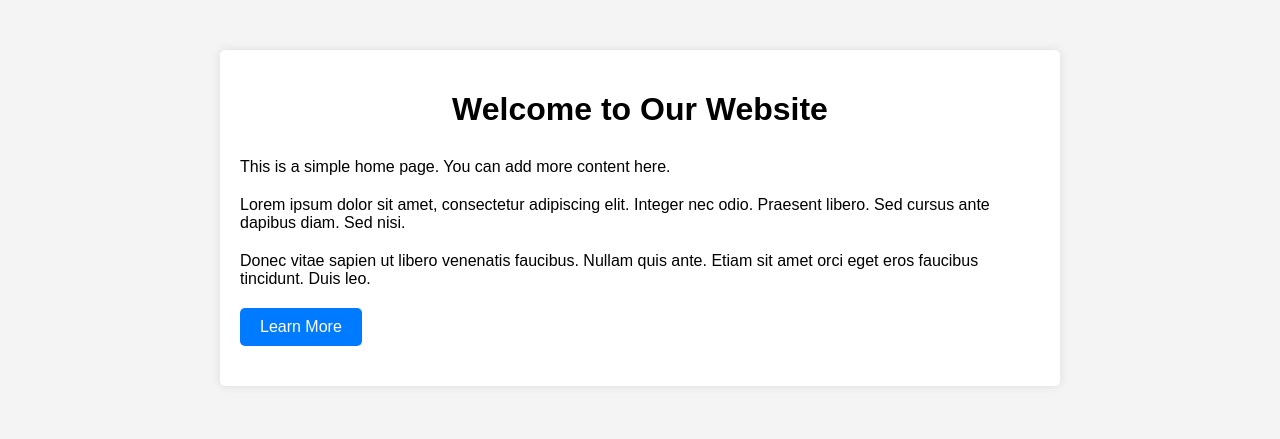
Repository: iDevVikram/login-signup-authentication-using-servlet
Page: signin-signup-demo/WebContent/Home.html
These files come from the project's save history. The page is drawn as it stood at one moment and after the next save; the edit follows.
The browser window is 1280 px wide. The pictures show the whole page.

Above is the page before, as saved 2024-03-04 18:00:09.

### signin-signup-demo/WebContent/Home.html
<!DOCTYPE html>
<html lang="en">
<head>
<meta charset="UTF-8">
<meta name="viewport" content="width=device-width, initial-scale=1.0">
<title>Home Page</title>
<link href="CSS/style.css" rel="stylesheet" type="text/css">
<style>
    .container {
        max-width: 800px;}
</style>

</head>
<body>

<div class="container">
    <h1>Welcome to Our Website</h1>
    <p>This is a simple home page. You can add more content here.</p>
    <p>Lorem ipsum dolor sit amet, consectetur adipiscing elit. Integer nec odio. Praesent libero. Sed cursus ante dapibus diam. Sed nisi.</p>
    <p>Donec vitae sapien ut libero venenatis faucibus. Nullam quis ante. Etiam sit amet orci eget eros faucibus tincidunt. Duis leo.</p>
    <p><a href="#" class="btn">Learn More</a></p>
</div>

</body>
</html>

### signin-signup-demo/WebContent/CSS/style.css
body {
        font-family: Arial, sans-serif;
        margin: 0;
        padding: 0;
        background-color: #f4f4f4;
    }

    .container {
        max-width: 400px;
        margin: 50px auto;
        background: #fff;
        padding: 20px;
        border-radius: 5px;
        box-shadow: 0 0 10px rgba(0, 0, 0, 0.1);
    }
   h1 {
        text-align: center;
        margin-bottom: 30px;
    }

    p {
        margin-bottom: 20px;
    }

    .btn {
        display: inline-block;
        padding: 10px 20px;
        background-color: #007bff;
        color: #fff;
        text-decoration: none;
        border-radius: 5px;
    }

    .btn:hover {
        background-color: #0056b3;
    }
    h2 {
        text-align: center;
    }

    .form-group {
        margin-bottom: 20px;
    }

    .form-group label {
        display: block;
        font-weight: bold;
    }

    .form-group input {
        width: 100%;
        padding: 8px;
        border: 1px solid #ccc;
        border-radius: 5px;
    }

    .form-group button {
        width: 100%;
        padding: 10px;
        background-color: #007bff;
        color: #fff;
        border: none;
        border-radius: 5px;
        cursor: pointer;
    }

    .form-group button:hover {
        background-color: #0056b3;
    }

    .form-group.text-center {
        text-align: center;
    }

    .form-group.text-center a {
        color: #007bff;
        text-decoration: none;
    }

    .form-group.text-center a:hover {
        text-decoration: underline;
    }

After the next save:
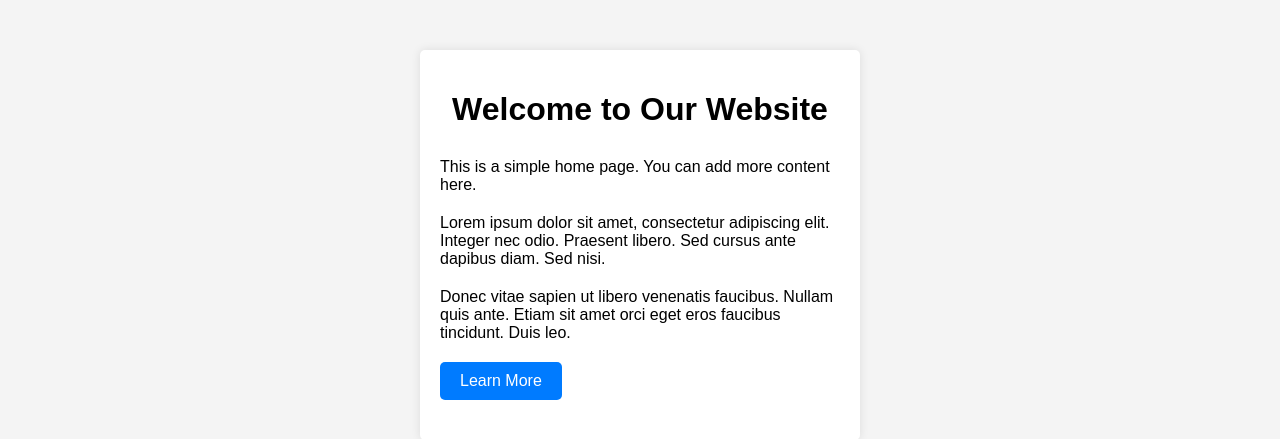
Saved 50 s later.
--- a/signin-signup-demo/WebContent/Home.html
+++ b/signin-signup-demo/WebContent/Home.html
@@ -5,10 +5,7 @@
 <meta name="viewport" content="width=device-width, initial-scale=1.0">
 <title>Home Page</title>
 <link href="CSS/style.css" rel="stylesheet" type="text/css">
-<style>
-    .container {
-        max-width: 800px;}
-</style>
+
 
 </head>
 <body>
